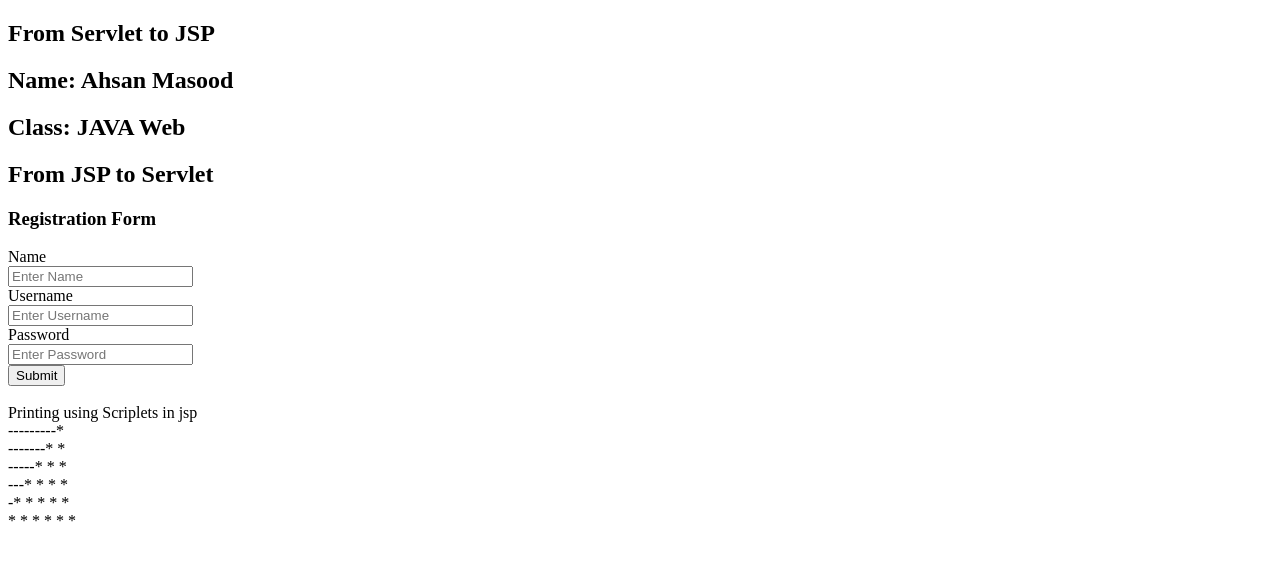
Repository: Ahsan-Masood98/Java-Web-Eng
Page: http://localhost/week2lab/helloworld
An editor plug-in stored every save of this project. The page is shown before and after the next save, followed by the edit.
The browser window is 1280 px wide. The pictures show the whole page.
The page is served by Tomcat 9.

Above is the page before, as saved 2022-09-21 13:57:09.

### eclipse-workplace/week2lab/src/main/webapp/index.jsp
<%@ page language="java" contentType="text/html; charset=ISO-8859-1" pageEncoding="ISO-8859-1"%>
<!DOCTYPE html>
<html>
<head>
<meta charset="ISO-8859-1">
<title>Week 2 Lab</title>
</head>
<body>
	<h2>From Servlet to JSP</h2>
	<h2>Name: ${name}</h2>
	<h2>Class: ${course}</h2>
	<h2>From JSP to Servlet</h2>
	<h3>Registration Form</h3>
	<form action="helloworld" method ="post">
	<label>Name</label><br/>
	<input type=text name="name" placeholder="Enter Name"/><br/>
	<label>Username</label><br/>
	<input type=text name="username" placeholder="Enter Username"/><br/>
	<label>Password</label><br/>
	<input type=password name="password" placeholder="Enter Password"/><br/>
	<button type="submit">Submit</button>
	</form>
	<br>
	<% out.print("Printing using Scriplets in jsp"); %>
	<br>
	<%
		int i,j, row=6;
		for(i=0; i< row; i++){
			int k=0;
			for (j = 2*(row - i-2); j >= 0; j--)
				out.print("-");
	  		for( j=0; j<=i; j++)
				out.println("*");
			out.print("<br/>");
		}
		out.print("<br/>");
	%>
</body>
</html>

### eclipse-workplace/week2lab/src/main/java/com/ahsan/helloworld.java
package com.ahsan;

import java.io.IOException;
import java.io.PrintWriter;

import javax.servlet.RequestDispatcher;
import javax.servlet.ServletException;
import javax.servlet.annotation.WebServlet;
import javax.servlet.http.HttpServlet;
import javax.servlet.http.HttpServletRequest;
import javax.servlet.http.HttpServletResponse;

/**
 * Servlet implementation class helloworld
 */
@WebServlet("/helloworld")
public class helloworld extends HttpServlet {
	private static final long serialVersionUID = 1L;

    /**
     * Default constructor.
     */
    public helloworld() {
        // TODO Auto-generated constructor stub
    }

	/**
	 * @see HttpServlet#doGet(HttpServletRequest request, HttpServletResponse response)
	 */
	protected void doGet(HttpServletRequest request, HttpServletResponse response) throws ServletException, IOException {
		// TODO Auto-generated method stub
		response.getWriter().append("Served at: ").append(request.getContextPath());

		String destination ="index.jsp";
		RequestDispatcher requestDispatcher = request.getRequestDispatcher(destination);
		String name = "Ahsan Masood";
		request.setAttribute("name", name);
		String course = "JAVA Web";
		request.setAttribute("course", course);
		requestDispatcher.forward(request, response);
		// or request.getRequestDispatcher("index.js").forward(request, response);
	}

	/**
	 * @see HttpServlet#doPost(HttpServletRequest request, HttpServletResponse response)
	 */
	protected void doPost(HttpServletRequest request, HttpServletResponse response) throws ServletException, IOException {
		// TODO Auto-generated method stub
		doGet(request, response);
		response.setContentType("Text/HTML");
		String name = request.getParameter("name");
		String username = request.getParameter("username");
		String password = request.getParameter("password");
		PrintWriter out = response.getWriter();
		out.println("<h1> Name: " + name + "</h1> <br/> <h1> Username: " + username + "</h1> <br/>");
	}

}

After the next save:
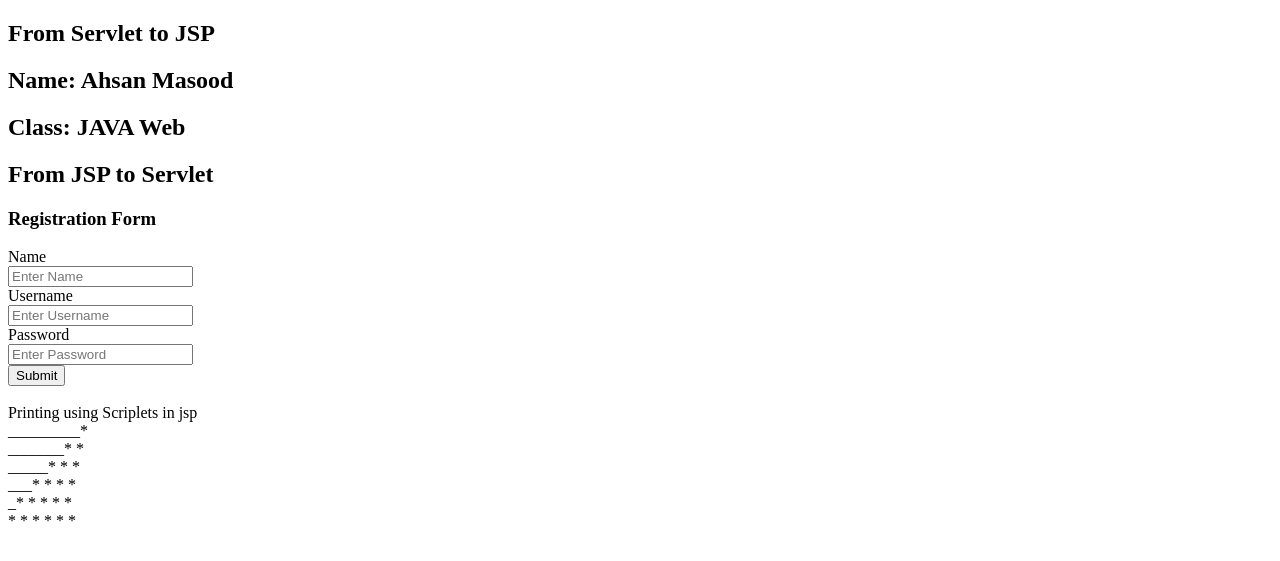
Saved 16 s later.
--- a/eclipse-workplace/week2lab/src/main/webapp/index.jsp
+++ b/eclipse-workplace/week2lab/src/main/webapp/index.jsp
@@ -28,7 +28,7 @@
 		for(i=0; i< row; i++){
 			int k=0;
 			for (j = 2*(row - i-2); j >= 0; j--)
-				out.print("-");
+				out.print("_");
 	  		for( j=0; j<=i; j++)
 				out.println("*");
 			out.print("<br/>");
